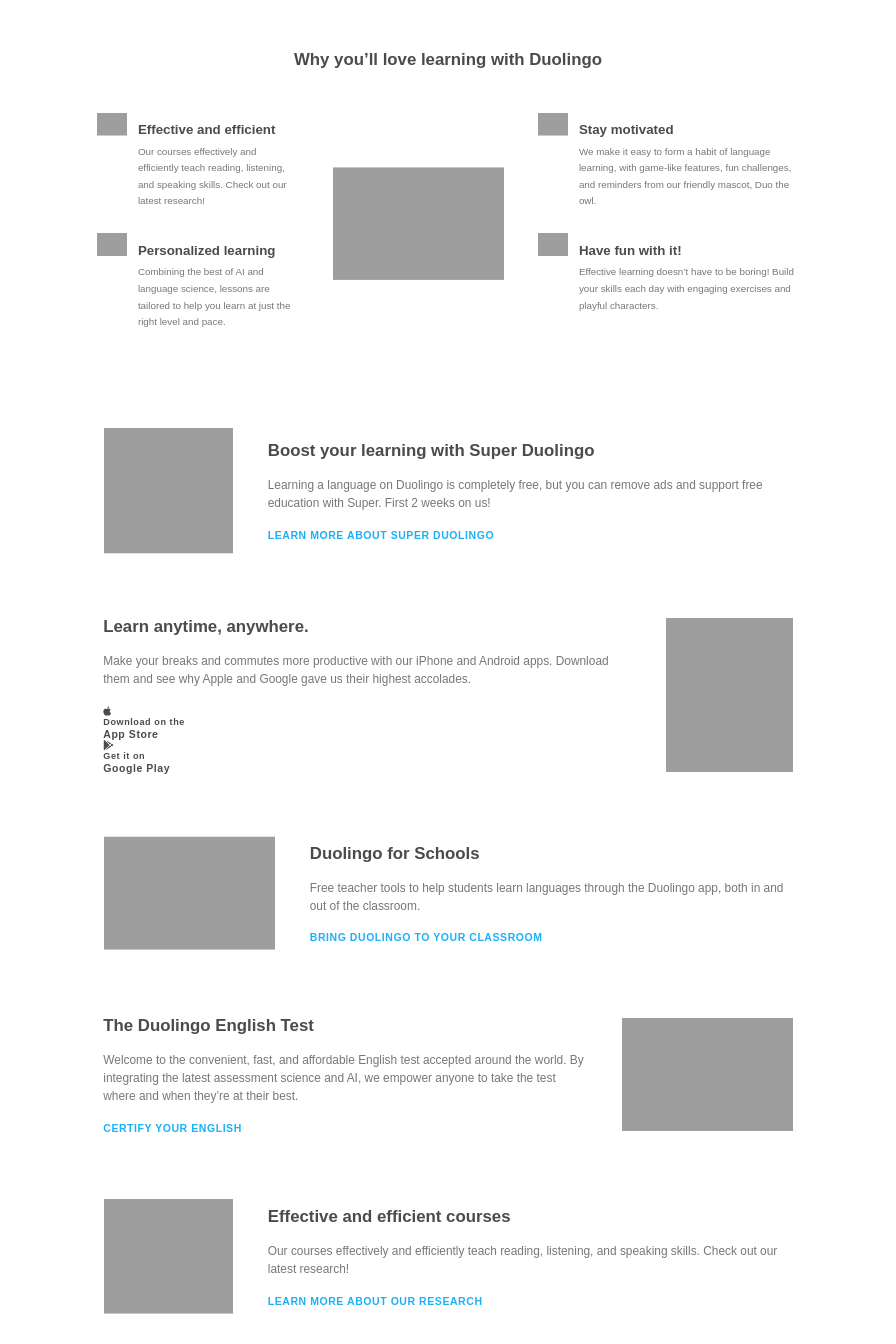
Repository: kauittt/duolingo-little
Page: login.html
An editor plug-in stored every save of this project. The page is shown before and after the next save, followed by the edit.
The browser window is 1280 px wide. The pictures show the part of the page from y = 937 to 2857 px (the page is 2857 px tall), at 70% of full size.
Pictures or frames that could not be fetched are drawn as grey boxes. A picture or video elsewhere on the page could not be fetched, so the positions and the page height are approximate. Some web libraries are served in a nearby version.

Above is the page before, as saved 2023-03-26 20:46:24.

After the next save:
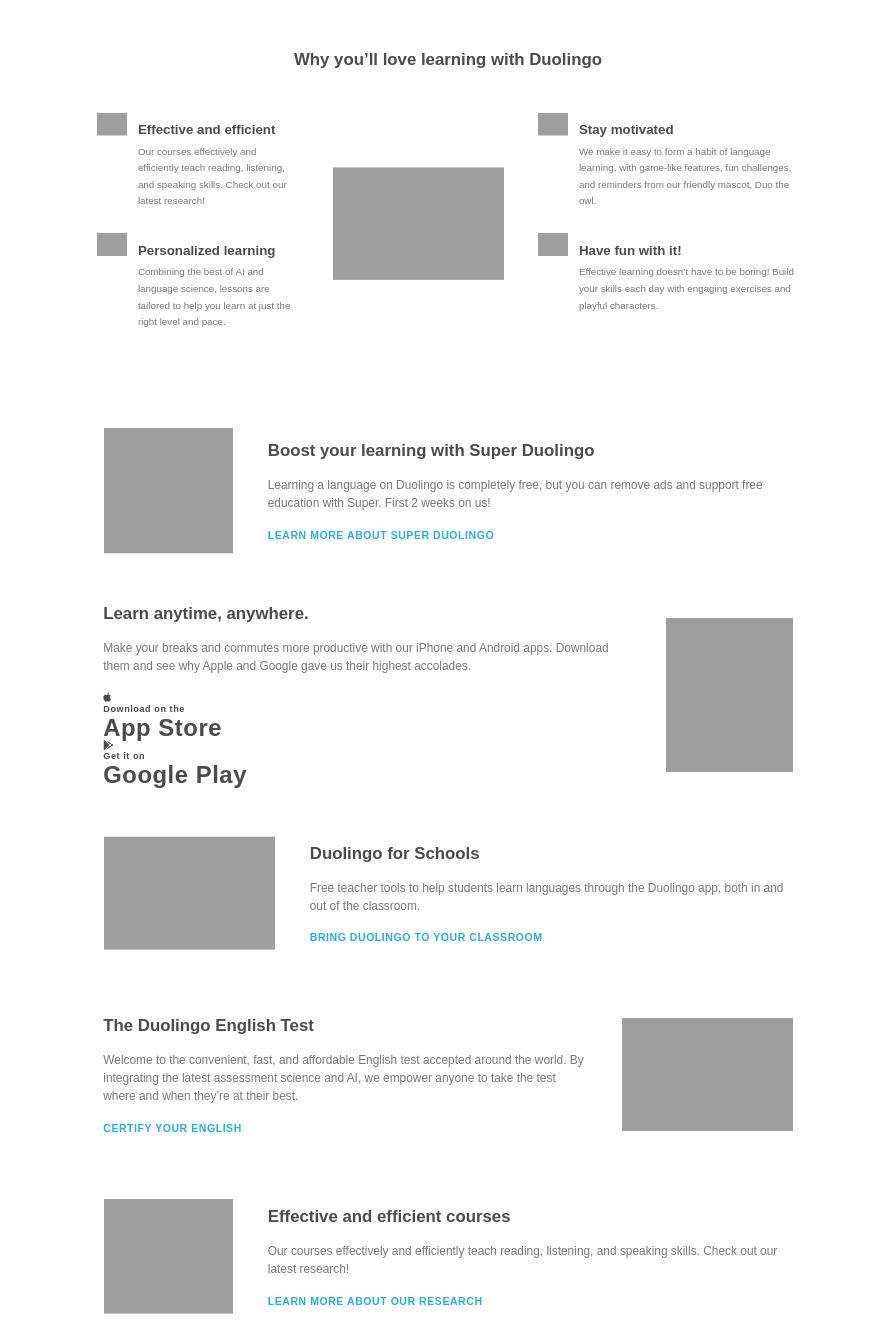
Saved 18 s later.
--- a/assets/css/stytes.css
+++ b/assets/css/stytes.css
@@ -229,6 +229,7 @@
 }
 
 .section-content__link-item-content__app {
+    font-size: 34px;
 }
 
 /*? top */
